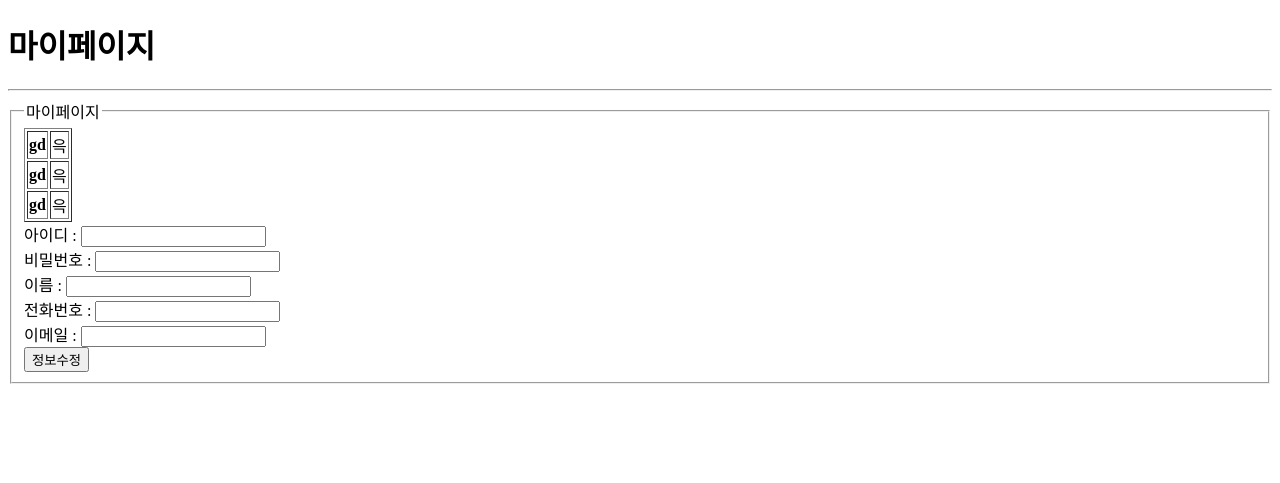
Repository: loseminho/khAcademy-Study
Page: http://localhost/03_Spring_Mybatis/WEB-INF/views/member/mypage.jsp
An editor plug-in stored every save of this project. The page is shown before and after the next save, followed by the edit.
The browser window is 1280 px wide. The pictures show the whole page.
The page is served by Tomcat 9. Nobody is signed in. Other server files are loaded and not shown. The template is opened directly, without the code that normally fills it, so the values that code supplies are empty.

Above is the page before, as saved 2022-10-06 07:59:40.

### spring/workspace-sts-3.9.13.RELEASE/03_Spring_Mybatis/src/main/webapp/WEB-INF/views/member/mypage.jsp
<%@ page language="java" contentType="text/html; charset=UTF-8"
    pageEncoding="UTF-8"%>
<!DOCTYPE html>
<html>
<head>
<meta charset="UTF-8">
<title>Insert title here</title>
</head>
<body>
	<h1>마이페이지</h1>
	<hr>
	<from action="/update.do" method="post">
		<fieldset>
			<legend>마이페이지</legend>
				<table border="1">
					<tr>
						<th>gd</th>
						<td>윽</td>
					</tr>
					<tr>
						<th>gd</th>
						<td>윽</td>
					</tr>
					<tr>
						<th>gd</th>
						<td>윽</td>
					</tr>
				</table>
				아이디 : <input type="text" name="memberId" value="${sessionScope.m.memberName }"><br>
				비밀번호 : <input type="password" name="memberPw"><br>
				이름 : <input type="password" name="memberPw"><br>
				전화번호 : <input type="password" name="memberPw"><br>
				이메일 : <input type="password" name="memberPw"><br>
				<input type="submit" value="정보수정">
		</fieldset>
	</from>
</body>
</html>

After the next save:
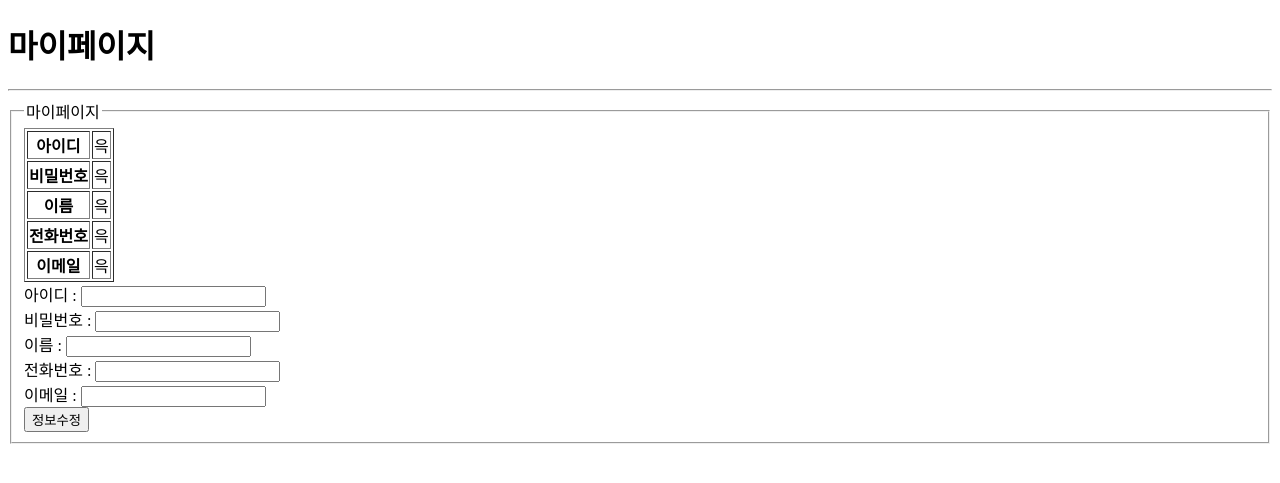
Saved 35 s later.
--- a/spring/workspace-sts-3.9.13.RELEASE/03_Spring_Mybatis/src/main/webapp/WEB-INF/views/member/mypage.jsp
+++ b/spring/workspace-sts-3.9.13.RELEASE/03_Spring_Mybatis/src/main/webapp/WEB-INF/views/member/mypage.jsp
@@ -14,15 +14,23 @@
 			<legend>마이페이지</legend>
 				<table border="1">
 					<tr>
-						<th>gd</th>
+						<th>아이디</th>
 						<td>윽</td>
 					</tr>
 					<tr>
-						<th>gd</th>
+						<th>비밀번호</th>
 						<td>윽</td>
 					</tr>
 					<tr>
-						<th>gd</th>
+						<th>이름</th>
+						<td>윽</td>
+					</tr>
+					<tr>
+						<th>전화번호</th>
+						<td>윽</td>
+					</tr>
+					<tr>
+						<th>이메일</th>
 						<td>윽</td>
 					</tr>
 				</table>
